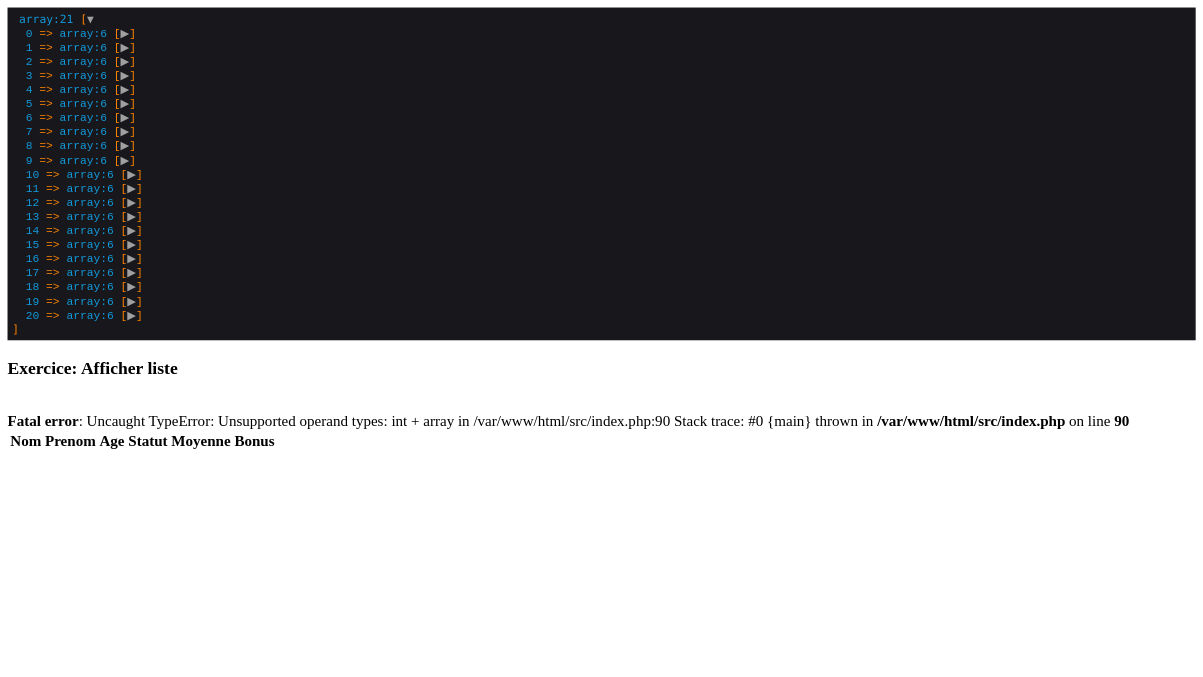
Repository: Bfabien99/PHPREPO
Page: http://localhost/
These files come from the project's save history. The page is drawn as it stood at one moment and after the next save; the edit follows.
The browser window is 1280 px wide. The pictures show the whole page, at 94% of full size.
The page is run by PHP 8.4 with error messages shown; the project is at /var/www/html/.

Above is the page before, as saved 2021-12-10 12:21:00.

After the next save:
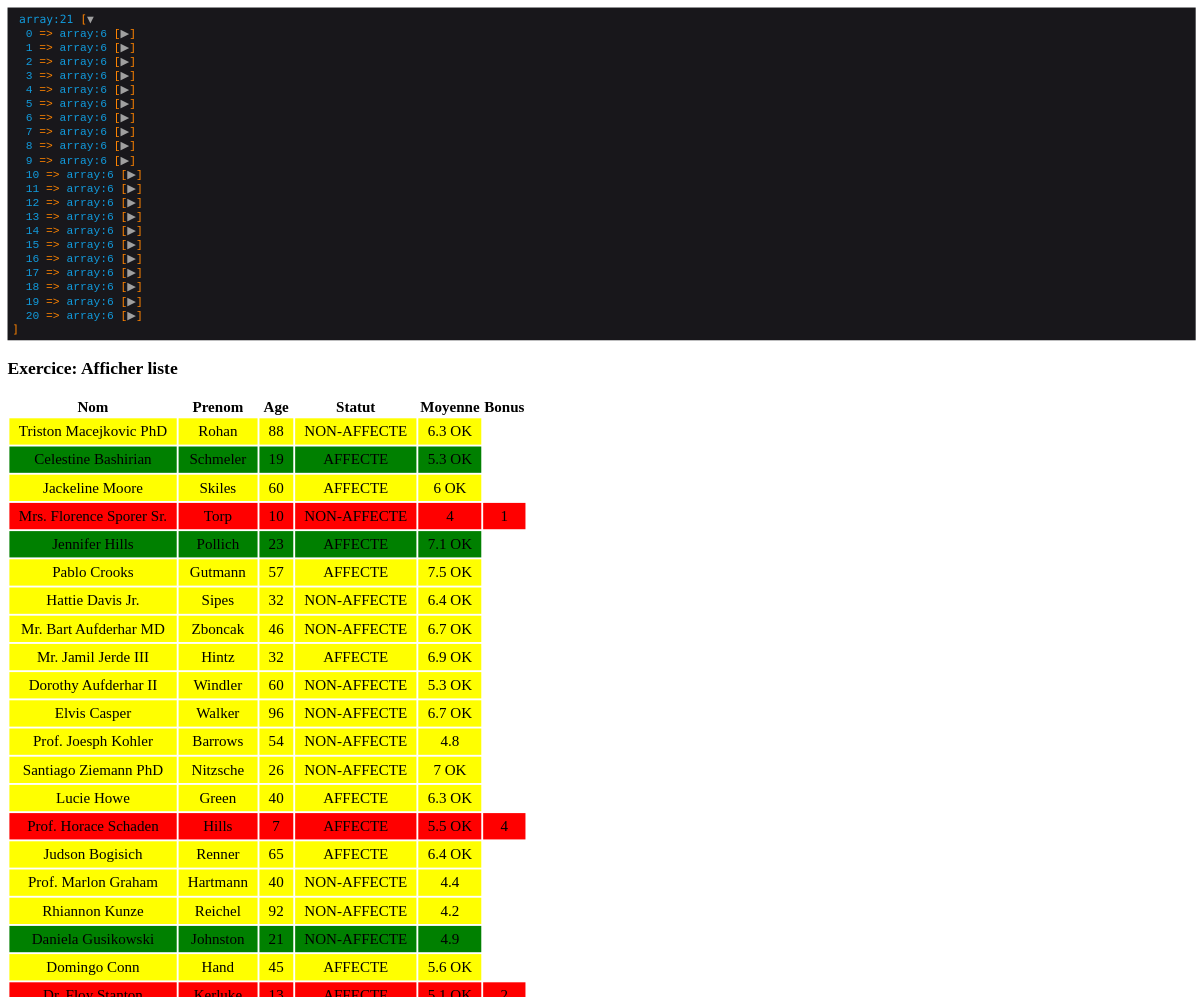
Saved 5 s later.
--- a/MakeFakeData/src/index.php
+++ b/MakeFakeData/src/index.php
@@ -87,7 +87,7 @@ function admis($moy){
 		<?php
 		foreach ($list as $value) {
 				$nbnote = count($value["notes"]);
-				$totalnote = array_sum($value["notes"]) + $value["notes"];
+				$totalnote = array_sum($value["notes"]) + $value["bonus"];
 				$moy = $totalnote / $nbnote;
 				$moyG = $nbnote/2 ;
 				$age = $value["age"];
